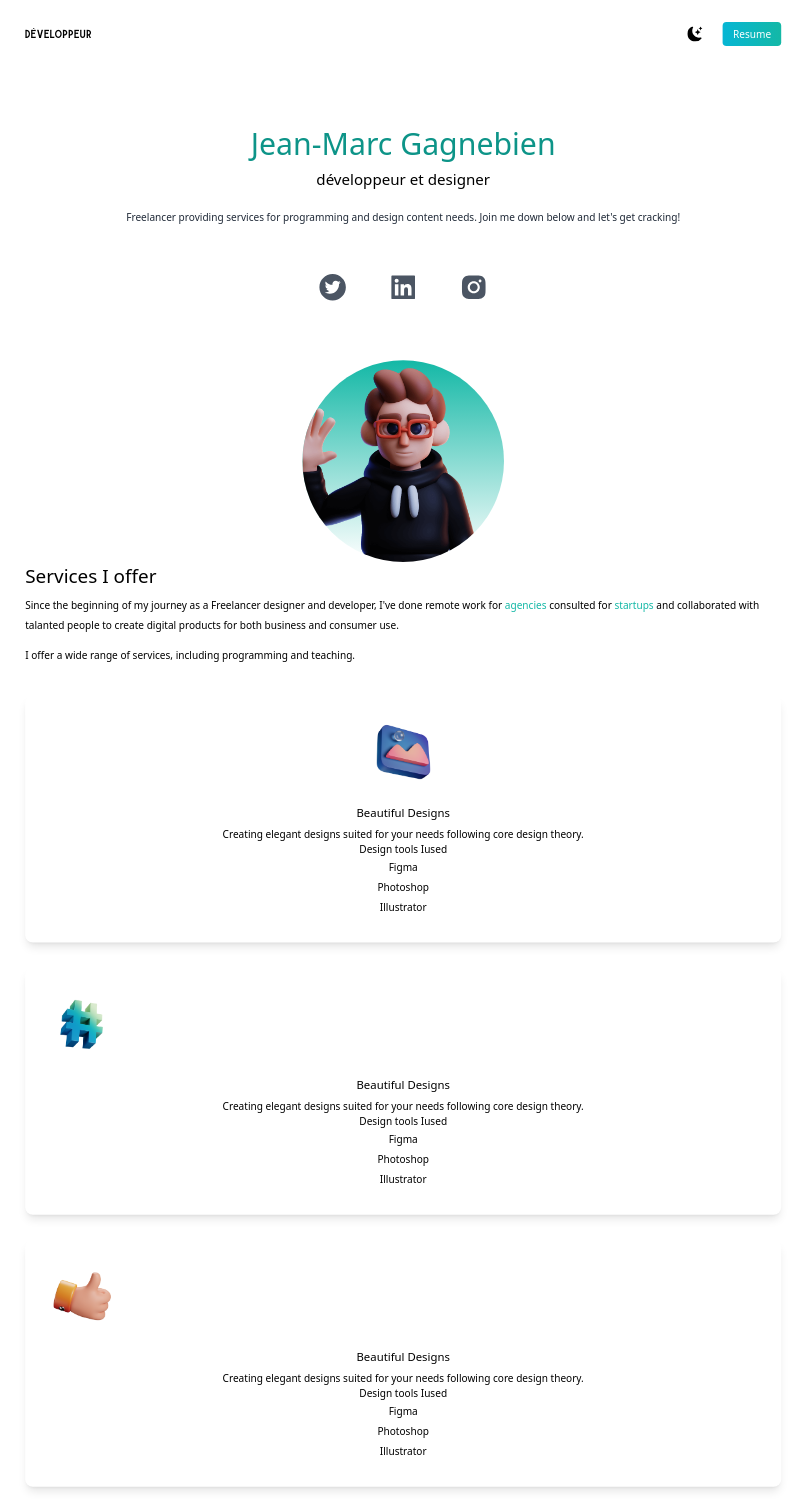
Repository: Jean-MarcG/portfoli_next
Page: /
These files come from the project's save history. The page is drawn as it stood at one moment and after the next save; the edit follows.
The browser window is 1280 px wide. The pictures show the whole page, at 63% of full size.
The project was rebuilt for these pictures with package versions that can differ from the ones it lists, and the page was loaded fresh each time. The framework's server and built-in components were replaced by stand-ins that run in the browser. Also part of the build but not shown: next.config.js.

Above is the page before, as saved 2023-04-03 11:15:38.

### pages/index.js
import Head from 'next/head';
import {BsFillMoonStarsFill} from 'react-icons/bs';
import {AiFillTwitterCircle, AiFillLinkedin, AiFillInstagram} from 'react-icons/ai'
import Image from 'next/image';
import deved from '../public/dev-ed-wave.png';
import design from '../public/design.png';
import code from '../public/code.png';
import consulting from '../public/consulting.png';

export default function Home() {
  return (
    <>
    <Head>
    <title>Jean-Marc Gagnebien Portfolio</title>
    <meta name="description" content="Generated by create next app" />
    <meta name="viewport" content="width=device-width, initial-scale=1" />
    <link rel="icon" href="/favicon.ico" />
    </Head>
      <main className='bg-white px-10 '>
        <section className='min-h-screen'>
          <nav className='py-10 mb-12 flex justify-between'>
            <h1 className='text-xl font-burtons'>développeur</h1>
              <ul className='flex items-center'>
                <li>
                  <BsFillMoonStarsFill className='cursor-pointer text-2xl'/>
                </li>
                <li>
                  <a className='bg-gradient-to-r from-cyan-500 to-teal-500 text-white px-4 py-2 rounded-md ml-8' href='#'>Resume</a>
                </li>
              </ul>
          </nav>
          <div className='text-center p-10'>
            <h2 className='text-5xl py-2 text-teal-600 font-medium'>Jean-Marc Gagnebien</h2>
            <h3 className='text-2xl py-2'>développeur et designer</h3>
            <p className='text-md py-5 leading-8 text-gray-800'>Freelancer providing services for programming and design content needs. Join me down below and let's get cracking!</p>
          </div>
          <div className='text-5xl flex justify-center gap-16 py-3 text-gray-600'>
            <AiFillTwitterCircle />
            <AiFillLinkedin />
            <AiFillInstagram />
          </div>
          <div>
            <div className='relative mx-auto bg-gradient-to-b from-teal-500 rounded-full w-80 h-80 mt-20 overflow-hidden'>
              <Image src={deved} alt='photo développeur' fill style={{objectFit:'cover'}}/>
            </div>
          </div>
        </section>

        <section>
          <div>
            <h3 className='text-3xl py-1'>Services I offer</h3>
            <p className='text-md py-2 leading-8 text-gray-80'>
              Since the beginning of my journey as a Freelancer designer and developer, I've done remote work for
              <span className='text-teal-500'> agencies </span>consulted for <span className='text-teal-500'> startups </span>and collaborated with talanted people to create digital products for both business and consumer use.
            </p>
            <p className='text-md py-2 leading-8 text-gray-80'>
              I offer a wide range of services, including programming and teaching.
            </p>
          </div>
          <div>
            <div className='text-center shadow-lg p-10 rounded-xl my-10'>
              <Image className='m-auto' src={design} alt='image design' width={100} height={100} />
              <h3 className='text-lg font-medium pt-8 pb-2'>Beautiful Designs</h3>
              <p>
                Creating elegant designs suited for your needs following core design theory.
              </p>
              <h4>Design tools Iused</h4>
              <p className='text-grey-800 py-1'>Figma</p>
              <p className='text-grey-800 py-1'>Photoshop</p>
              <p className='text-grey-800 py-1'>Illustrator</p>
            </div>
          </div>
            <div className='text-center shadow-lg p-10 rounded-xl my-10'>
              <Image src={code} alt='image code' width={100} height={100} />
              <h3 className='text-lg font-medium pt-8 pb-2'>Beautiful Designs</h3>
              <p>
                Creating elegant designs suited for your needs following core design theory.
              </p>
              <h4>Design tools Iused</h4>
              <p className='text-grey-800 py-1'>Figma</p>
              <p className='text-grey-800 py-1'>Photoshop</p>
              <p className='text-grey-800 py-1'>Illustrator</p>
            </div>
            <div className='text-center shadow-lg p-10 rounded-xl my-10'>
              <Image src={consulting} alt='image design' width={100} height={100} />
              <h3 className='text-lg font-medium pt-8 pb-2'>Beautiful Designs</h3>
              <p>
                Creating elegant designs suited for your needs following core design theory.
              </p>
              <h4>Design tools Iused</h4>
              <p className='text-grey-800 py-1'>Figma</p>
              <p className='text-grey-800 py-1'>Photoshop</p>
              <p className='text-grey-800 py-1'>Illustrator</p>
            </div>
        </section>

      </main>
    </>
    )
  }

### styles/globals.css
@tailwind base;
@tailwind components;
@tailwind utilities;

* {
  box-sizing: border-box;
  padding: 0;
  margin: 0;
}

html,
body {
  max-width: 100vw;
  overflow-x: hidden;
}

body {
  color: rgb(var(--foreground-rgb));
  background: linear-gradient(
      to bottom,
      transparent,
      rgb(var(--background-end-rgb))
    )
    rgb(var(--background-start-rgb));
}

a {
  color: inherit;
  text-decoration: none;
}

@font-face {
  font-family: "burtons";
  src: url(../public/Burtons.otf);
}

### tailwind.config.js
/** @type {import('tailwindcss').Config} */
module.exports = {
  content: [
    "./app/**/*.{js,ts,jsx,tsx}",
    "./pages/**/*.{js,ts,jsx,tsx}",
    "./components/**/*.{js,ts,jsx,tsx}",

    // Or if using `src` directory:
    "./src/**/*.{js,ts,jsx,tsx}",
  ],
  theme: {
    extend: {
      fontFamily: {
        burtons: 'burtons',
      }
    },
  },
  plugins: [],
}

Loaded but not shown: pages/_app.js (common file); pages/_document.js (common file)

After the next save:
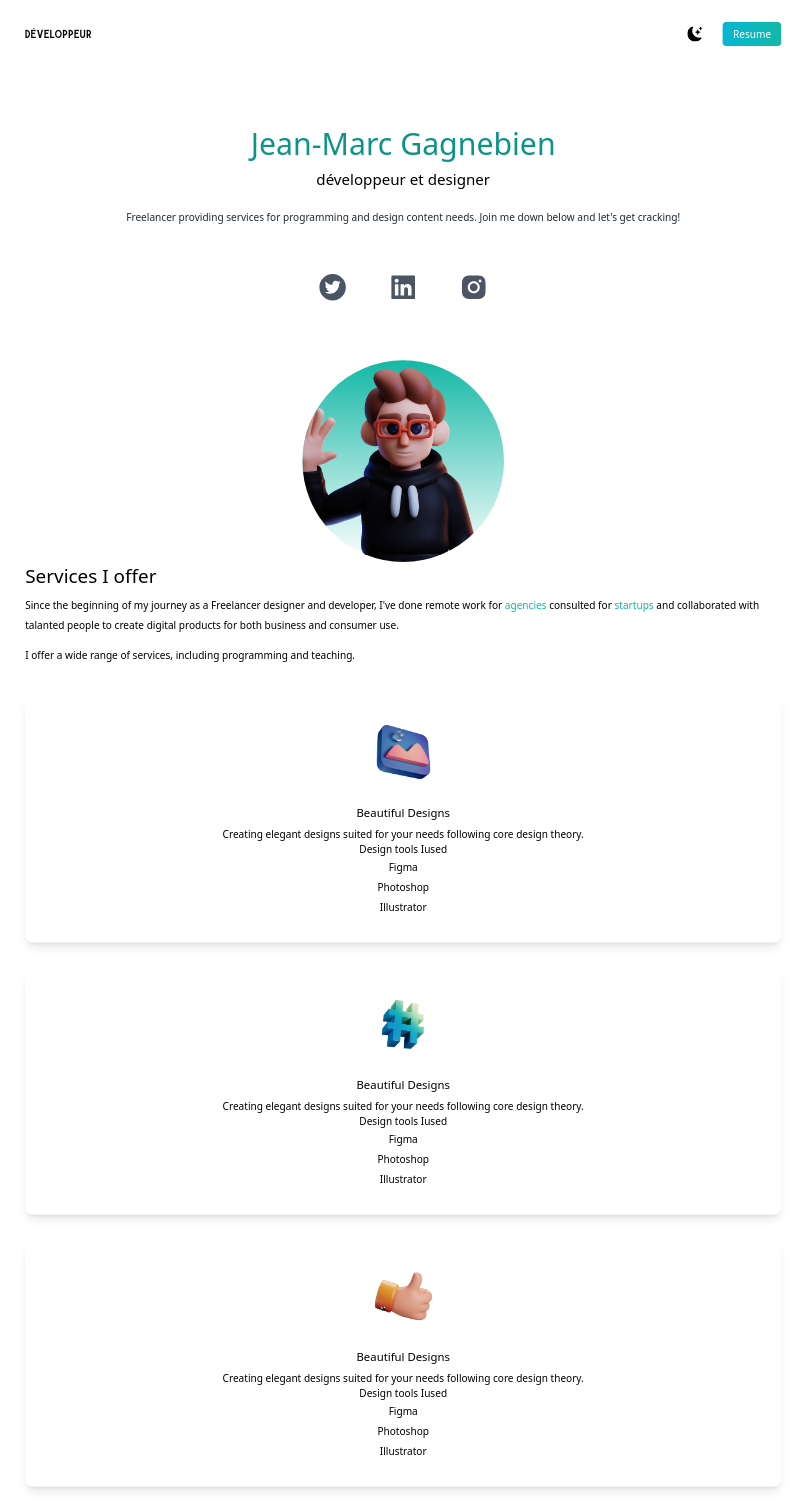
Saved 19 s later.
--- a/pages/index.js
+++ b/pages/index.js
@@ -71,7 +71,7 @@
             </div>
           </div>
             <div className='text-center shadow-lg p-10 rounded-xl my-10'>
-              <Image src={code} alt='image code' width={100} height={100} />
+              <Image className='m-auto' src={code} alt='image code' width={100} height={100} />
               <h3 className='text-lg font-medium pt-8 pb-2'>Beautiful Designs</h3>
               <p>
                 Creating elegant designs suited for your needs following core design theory.
@@ -82,7 +82,7 @@
               <p className='text-grey-800 py-1'>Illustrator</p>
             </div>
             <div className='text-center shadow-lg p-10 rounded-xl my-10'>
-              <Image src={consulting} alt='image design' width={100} height={100} />
+              <Image className='m-auto' src={consulting} alt='image design' width={100} height={100} />
               <h3 className='text-lg font-medium pt-8 pb-2'>Beautiful Designs</h3>
               <p>
                 Creating elegant designs suited for your needs following core design theory.
